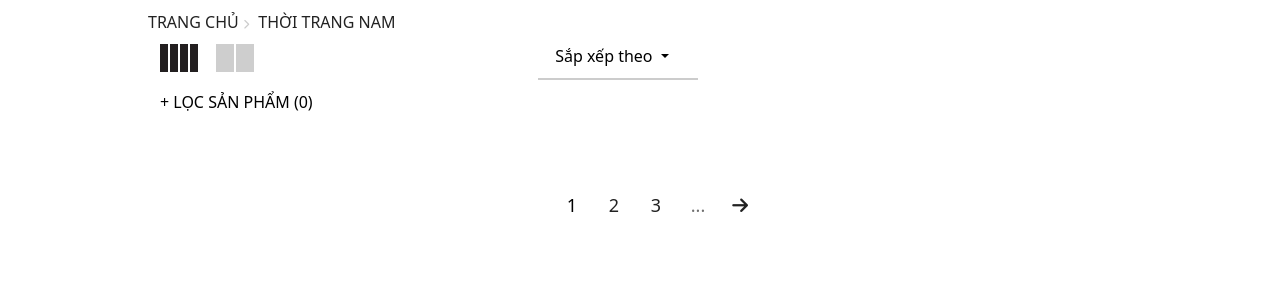
Repository: NguyenQuangQuan021099/FE_Page-Male
Page: index.html
The author's editor kept a copy of each file at every save. The page is drawn from the files as they stood at one save, then again after the next save.
The browser window is 1280 px wide. The pictures show the whole page.
The page's requests for data from a server got no answer. Some web libraries are served in a nearby version.

Above is the page before, as saved 2021-07-09 10:08:45.

After the next save:
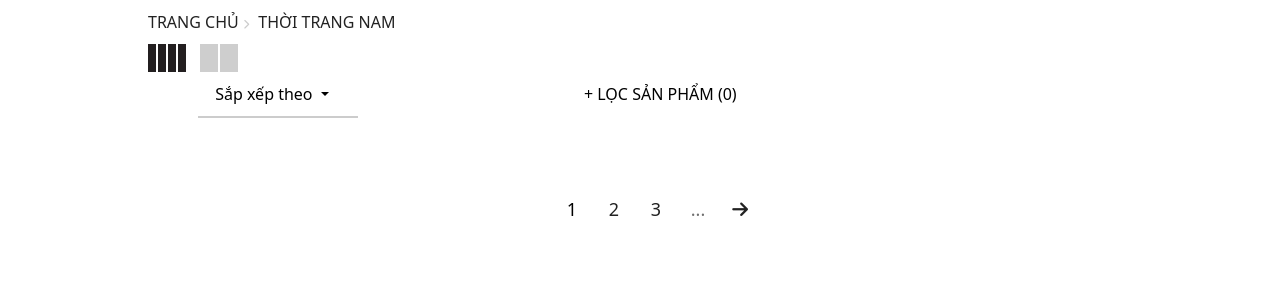
Saved 4 s later.
--- a/index.html
+++ b/index.html
@@ -20,9 +20,9 @@
         <i style="color: #ccc; font-size: 10px; margin-right: 5px; padding-bottom: 2px;" class="fas fa-chevron-right"></i>
         <span style="color: #222">THỜI TRANG NAM</span>
     </div>
-    <div class="sub__category__product__action col ">
+    <div class="sub__category__product__action ">
       <div class="nav-2 row ">
-        <div class="toolbar__product col l-4 ">
+        <div class="toolbar__product  ">
           <a href="#" class="active" title="Lưới" ></a>
           <a href="./Danh sách/page1.html" class="disable" title="Danh sách" ></a>
         </div>
